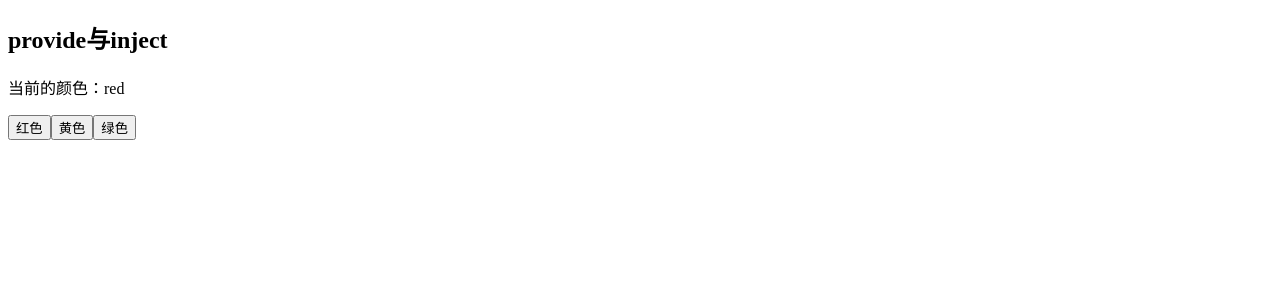
Repository: zhuhongxiang/Vue3.0-TSLeaning
Page: / (app in 04_Vue3/vue3_learning/)
These files come from the project's save history. The page is drawn as it stood at one moment and after the next save; the edit follows.
The browser window is 1280 px wide. The pictures show the whole page.
The project was rebuilt for these pictures with package versions that can differ from the ones it lists, and the page was loaded fresh each time.

Above is the page before, as saved 2021-07-27 17:07:45.

### 04_Vue3/vue3_learning/src/main.ts
// 程序的主入口文件，ts文件，是main.ts
// 引入createApp函数，创建对应的应用产生应用的实例对象
import { createApp } from 'vue'
// 引入App组件（所有组件的父级组件）
import App from './App.vue'
// 创建App应用返回对应的实例对象，调用mount方法进行挂载
createApp(App).mount('#app')

### 04_Vue3/vue3_learning/src/App.vue
<template>
  <h2>provide与inject</h2>
  <p>当前的颜色：{{ color }}</p>
  <button @click="color = 'red'">红色</button>
  <button @click="color = 'yellow'">黄色</button>
  <button @click="color = 'green'">绿色</button>
</template>

<script lang='ts'>
import { defineComponent, reactive, ref } from "vue";
import Son from "./components/Son.vue";
export default defineComponent({
  name: "App",
  props: {},
  components: { Son },
  setup() {
    const color = ref("red");
    return {
      color,
    };
  },
});
</script>

<style scoped>
</style>

### 04_Vue3/vue3_learning/src/components/Son.vue
<template>
  <h3>Son子级组件</h3>
  <hr />
</template>

<script lang='ts'>
import { defineComponent, reactive } from "vue";
import GrandSon from "./GrandSon.vue";
export default defineComponent({
  name: "Son",
  props: {},
  components: { GrandSon },
  setup() {
    return {};
  },
});
</script>

<style scoped>
</style>

### 04_Vue3/vue3_learning/src/components/GrandSon.vue
<template>
  <h3>GrandSon孙子组件</h3>
</template>

<script lang='ts'>
import { defineComponent, reactive } from "vue";

export default defineComponent({
  name: "GrandSon",
  props: {},
  components: {},
  setup() {
    return {};
  },
});
</script>

<style scoped>
</style>

Loaded but not shown: 04_Vue3/vue3_learning/public/index.html (common file)

After the next save:
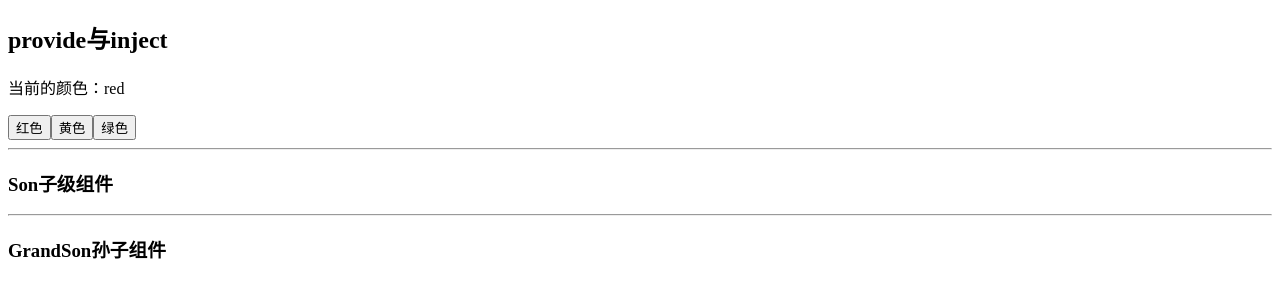
Saved 62 s later.
--- a/04_Vue3/vue3_learning/src/App.vue
+++ b/04_Vue3/vue3_learning/src/App.vue
@@ -4,6 +4,8 @@
   <button @click="color = 'red'">红色</button>
   <button @click="color = 'yellow'">黄色</button>
   <button @click="color = 'green'">绿色</button>
+  <hr />
+  <Son />
 </template>
 
 <script lang='ts'>
--- a/04_Vue3/vue3_learning/src/components/Son.vue
+++ b/04_Vue3/vue3_learning/src/components/Son.vue
@@ -1,6 +1,7 @@
 <template>
   <h3>Son子级组件</h3>
   <hr />
+  <GrandSon />
 </template>
 
 <script lang='ts'>
